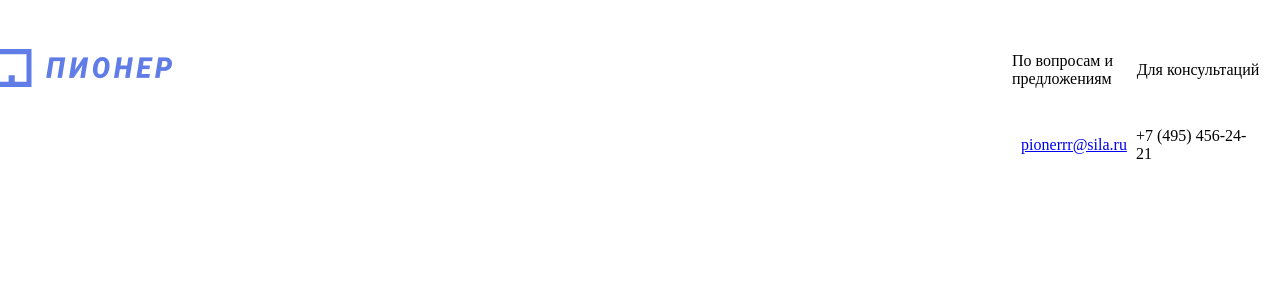
Repository: VictoriSyh/week6
Page: pioner.html
An editor plug-in stored every save of this project. The page is shown before and after a run of saves, followed by the edit.
The browser window is 1280 px wide. The pictures show the whole page.

Above is the page before, as saved 2024-12-16 22:48:36.

After the next 2 saves:
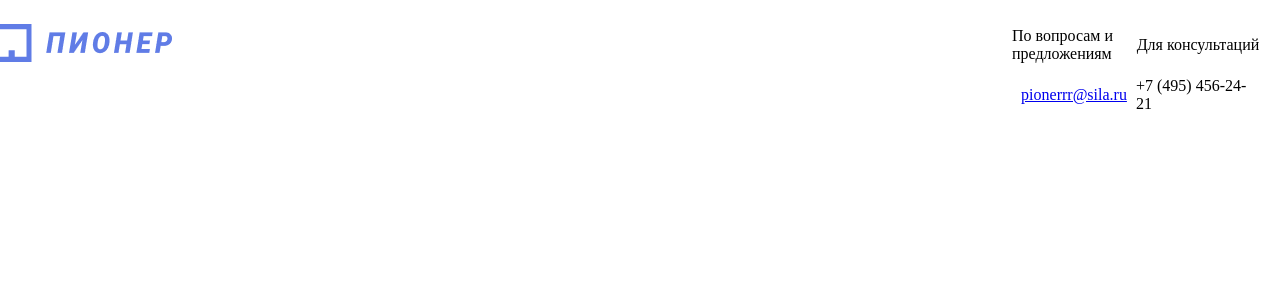
The 2 saves are shown as one change because they came seconds apart.
The last was saved 16 s later.
--- a/styles/stylepioner.css
+++ b/styles/stylepioner.css
@@ -1,7 +1,7 @@
 header{
     display: grid;
     grid-template-columns: 10% 70% 10% 10%;
-    grid-template-rows: 100px 50px;
+    grid-template-rows: 50px 50px;
     align-items: center;
     justify-items: center;
     margin: 20px;
